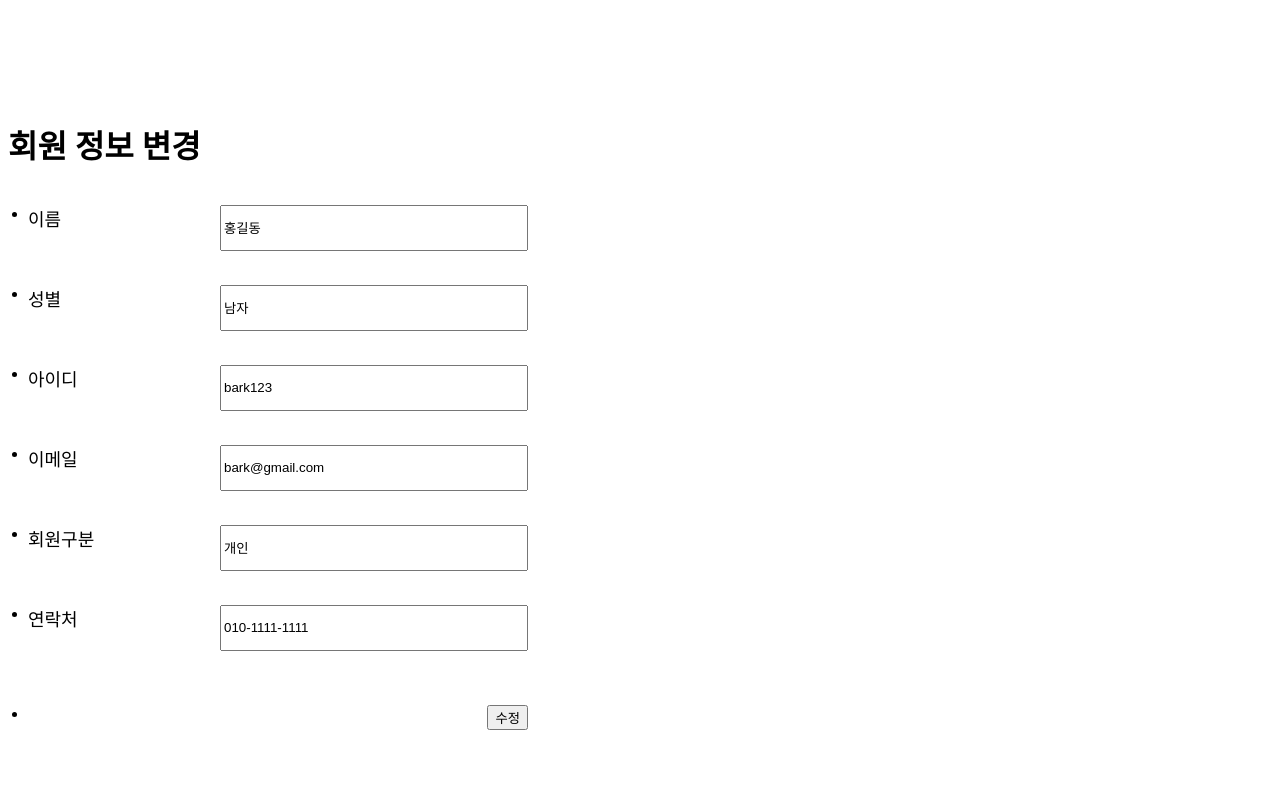
Repository: jngwk/Project-Bark
Page: http://localhost/Bark/include/userEditProfileFrm.jsp
These files come from the project's save history. The page is drawn as it stood at one moment and after the next save; the edit follows.
The browser window is 1280 px wide. The pictures show the whole page.
The page is served by Tomcat 9. Other server files are loaded and not shown.

Above is the page before, as saved 2024-03-31 05:46:04.

### java_workspace/Bark/src/main/webapp/include/userEditProfileFrm.jsp
<%@ page language="java" contentType="text/html; charset=UTF-8"
    pageEncoding="UTF-8"%>
<%@ taglib prefix="c" uri="http://java.sun.com/jsp/jstl/core" %>
<!DOCTYPE html>
<html>
<head>
<meta charset="UTF-8">
<title>header</title>
<c:set var="contextPath" value="${pageContext.request.contextPath }"/>
<link rel="stylesheet" href="${contextPath }/css/userEditProfileFrm.css"/>
</head>
<!--  이름 성별 아이디 이메일 회원구분 연락처 연락처2-->
<body>
<div class="container">
	<h1 id="info_header">회원 정보 변경</h1>
	<form class = "main_info" action="./userEditProfileProc.jsp" method="post">
		<ul class = "info-list">
			<li class="form-element"><span class="label-text">이름</span>
			<input class="profile-info readonly" type="text" data-text-content="true"
			value="홍길동" readonly></li>

			<li class="form-element"><span class="label-text">성별</span>
			<input class="profile-info readonly" type="text" data-text-content="true"
			value="남자" readonly></li>

			<li class="form-element"><span class="label-text">아이디</span>
			<input class="profile-info readonly" type="text" data-text-content="true"
			value="bark123" readonly></li>

			<li class="form-element"><span class="label-text">이메일</span>
			<input class="profile-info" type="text" data-text-content="true"
			value="bark@gmail.com" ></li>

			<li class="form-element"><span class="label-text">회원구분</span>
			<input class="profile-info readonly" type="text" data-text-content="true"
			value="개인" readonly></li>

			<li class="form-element"><span class="label-text">연락처</span>
			<input class="profile-info" type="text" data-text-content="true"
			value="010-1111-1111" ></li>
			<li class="form-element align-right">
			<input type="submit" class="btn" value="수정" style="margin-left: 150px">
			</li>
		</ul>
	</form>
</div>
</body>
</html>

### java_workspace/Bark/src/main/webapp/css/userEditProfileFrm.css
@charset "UTF-8";
.container{
	position: absolute;
	top: 100px;
}
.main_info {
    min-width:500px;
    display: flex;
    flex-direction: column;
    justify-content: center;
    align-items: center;
}
.info-list {
    display: flex;
    flex-direction: column;
    justify-content: center;
    align-items: center;
    width: 100%;
}
.label-text {
	position: relative;
    width: 80px; /* 고정 너비 설정 */
    height: 40px;
    font-size: 18px;
    float: left;
    left: 0;

}
.profile-info{
	position: relative;
	height: 40px;
	width: 60%;
	line-height: 35px;
	right: 0;
}
.form-element{
	height: 40px;
	padding-bottom: 40px;
	width: 100%;
	align-items: center;
}
.form-element input{
	float:right;
}
.align-right {
    text-align: right;
    padding-top: 20px;
}

After the next save:
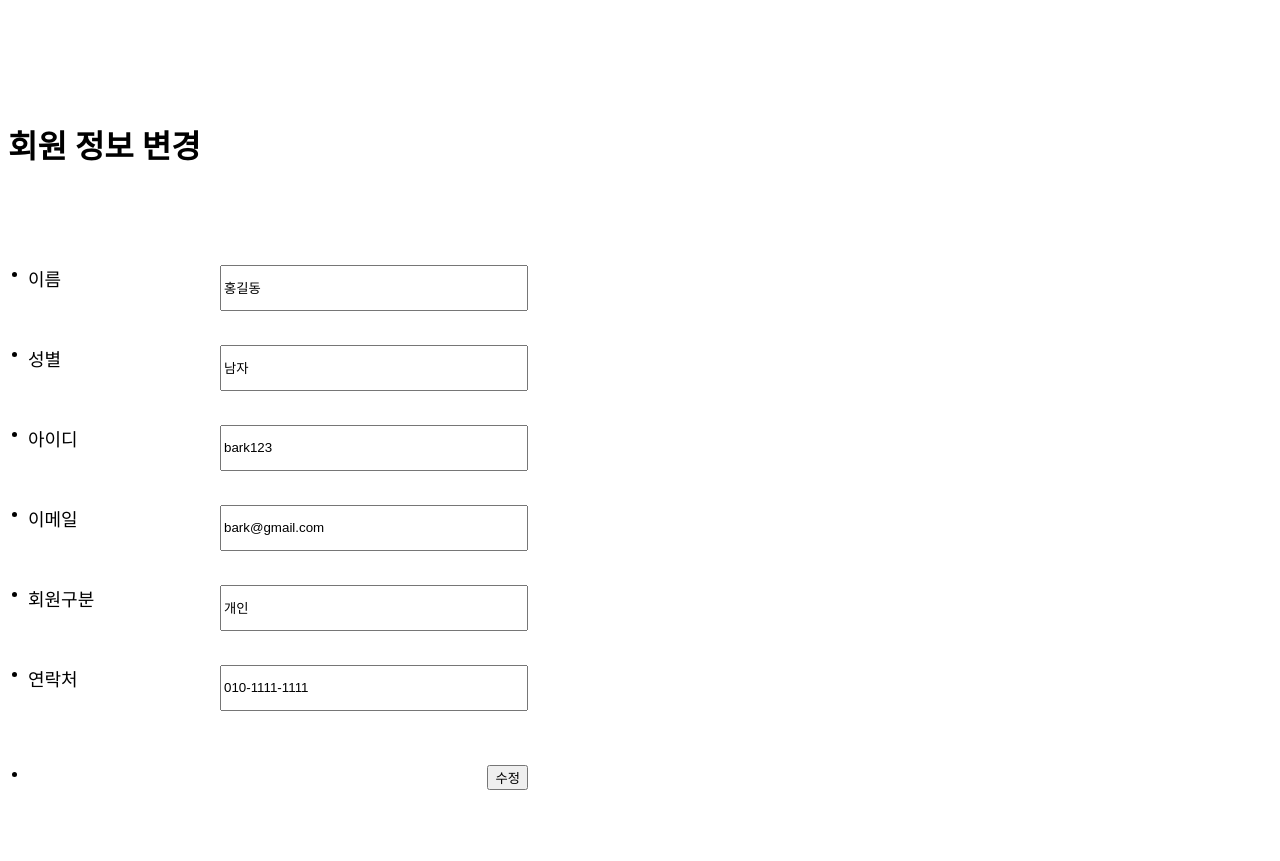
Saved 10 s later.
--- a/java_workspace/Bark/src/main/webapp/css/userEditProfileFrm.css
+++ b/java_workspace/Bark/src/main/webapp/css/userEditProfileFrm.css
@@ -9,6 +9,9 @@
     flex-direction: column;
     justify-content: center;
     align-items: center;
+}
+h1{
+	padding-bottom: 60px;
 }
 .info-list {
     display: flex;
